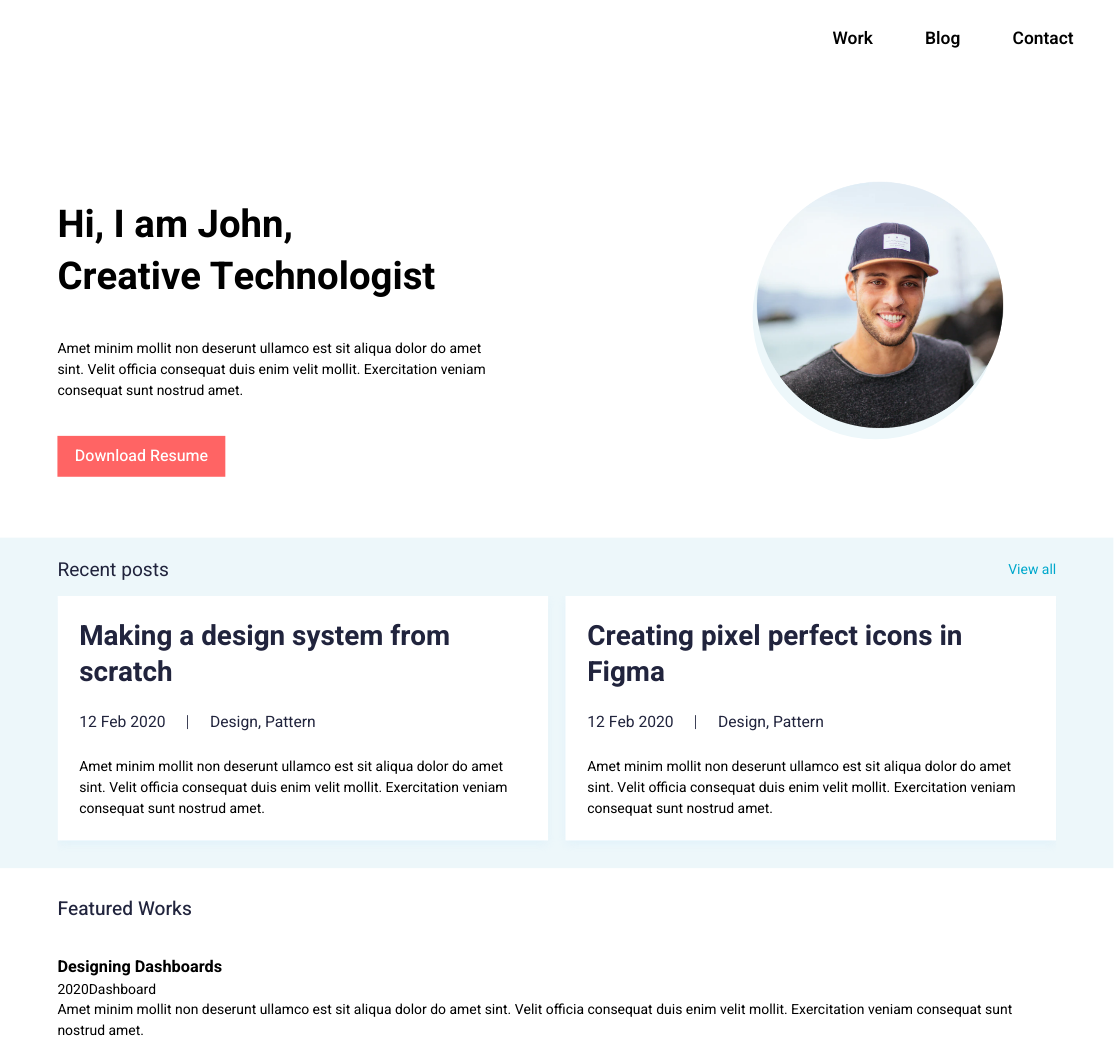
Repository: sharma171/portfolio
Page: /
These files come from the project's save history. The page is drawn as it stood at one moment and after the next save; the edit follows.
The browser window is 1280 px wide. The pictures show the whole page, at 87% of full size.
The project was rebuilt for these pictures with package versions that can differ from the ones it lists, and the page was loaded fresh each time. The framework's server and built-in components were replaced by stand-ins that run in the browser. Also part of the build but not shown: next.config.mjs.

Above is the page before, as saved 2024-06-01 23:33:13.

After the next save:
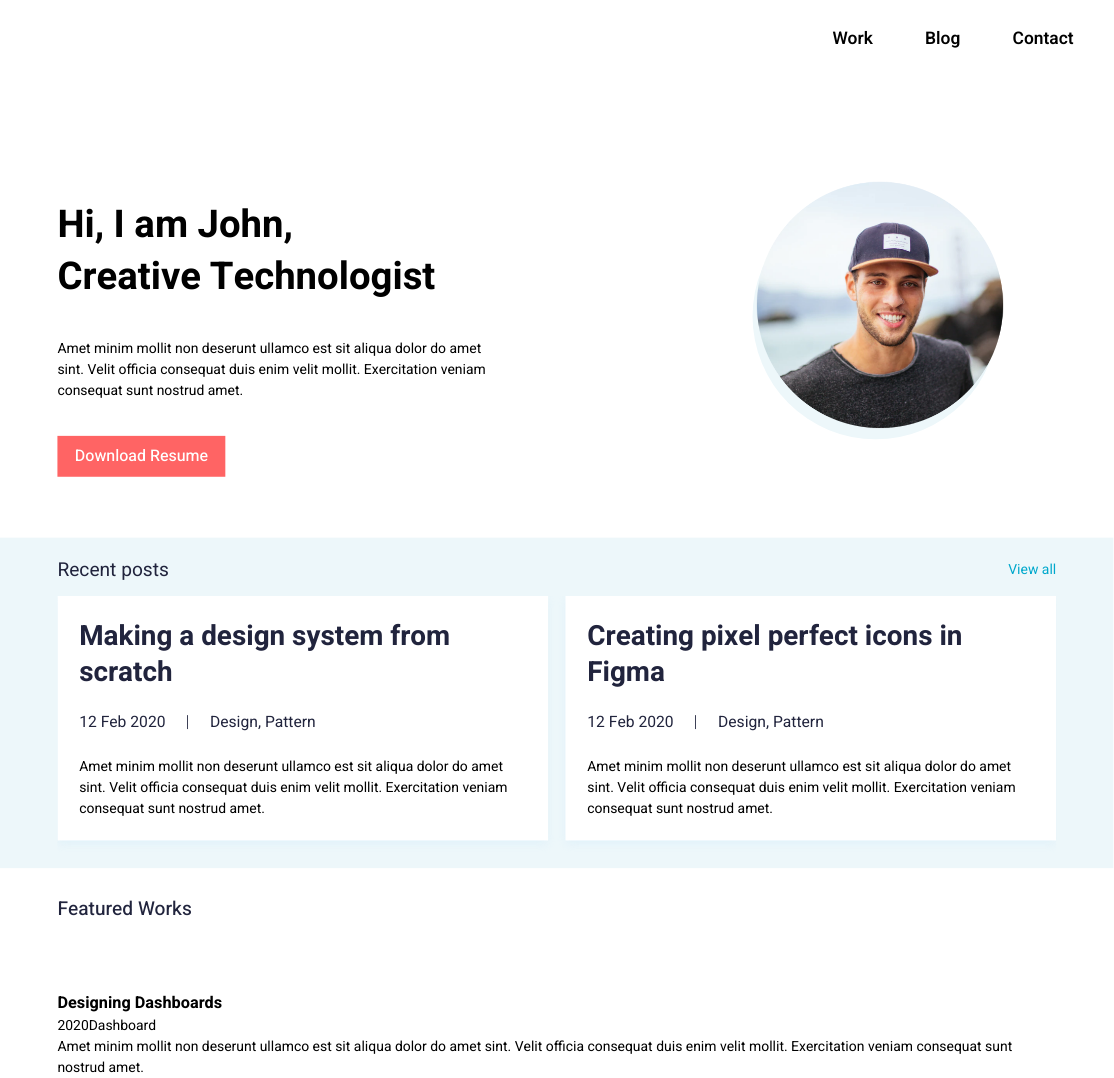
Saved 9 s later.
--- a/src/app/page.css
+++ b/src/app/page.css
@@ -182,4 +182,6 @@
 }
 .workcards .card-item {
   display: flex;
+  flex-direction: column;
+  gap: 18px;
 }
